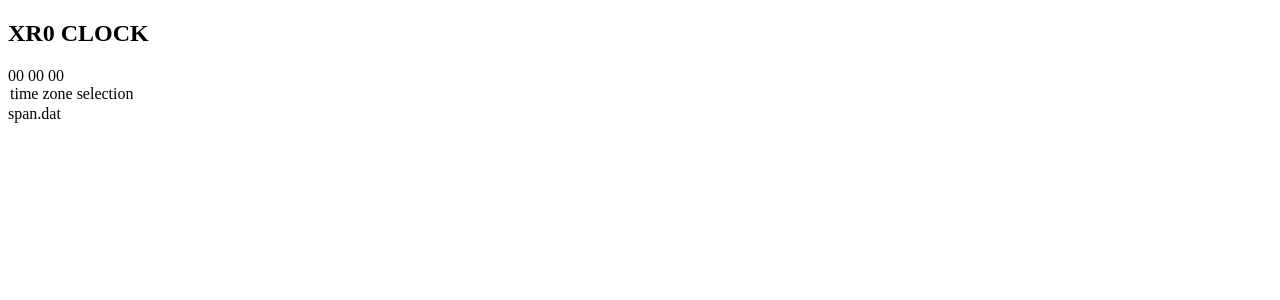
Repository: Rahim-Ullah/hexoforge-bootcamp
Page: phase-2-js-basic/digital-clock.html
An editor plug-in stored every save of this project. The page is shown before and after the next save, followed by the edit.
The browser window is 1280 px wide. The pictures show the whole page.

Above is the page before, as saved 2025-09-10 14:57:52.

### phase-2-js-basic/digital-clock.html
<!DOCTYPE html>
<html lang="en">
<head>
    <meta charset="UTF-8">
    <meta name="viewport" content="width=device-width, initial-scale=1.0">
    <title>Digital - Clock</title>
</head>
<body>
    <div class="clockBody">
        <div class="brand">
            <h2>XR0 CLOCK</h2>
        </div>
        <div class="time">
            <span class="sec">00</span>
            <span class="min">00</span>
            <span class="hrs">00</span>
            <span class="zone"><option value="">
                time zone selection
            </option></span>
        </div>
        <div class="date">
            span.dat
        </div>
    </div>
</body>
</html>

After the next save:
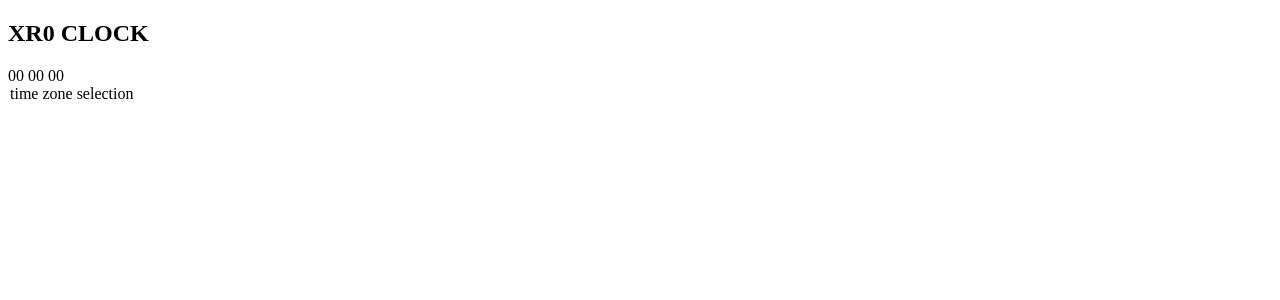
Saved 7 s later.
--- a/phase-2-js-basic/digital-clock.html
+++ b/phase-2-js-basic/digital-clock.html
@@ -19,7 +19,9 @@
             </option></span>
         </div>
         <div class="date">
-            span.dat
+            <span class="dateInFormats">
+
+            </span>
         </div>
     </div>
 </body>
